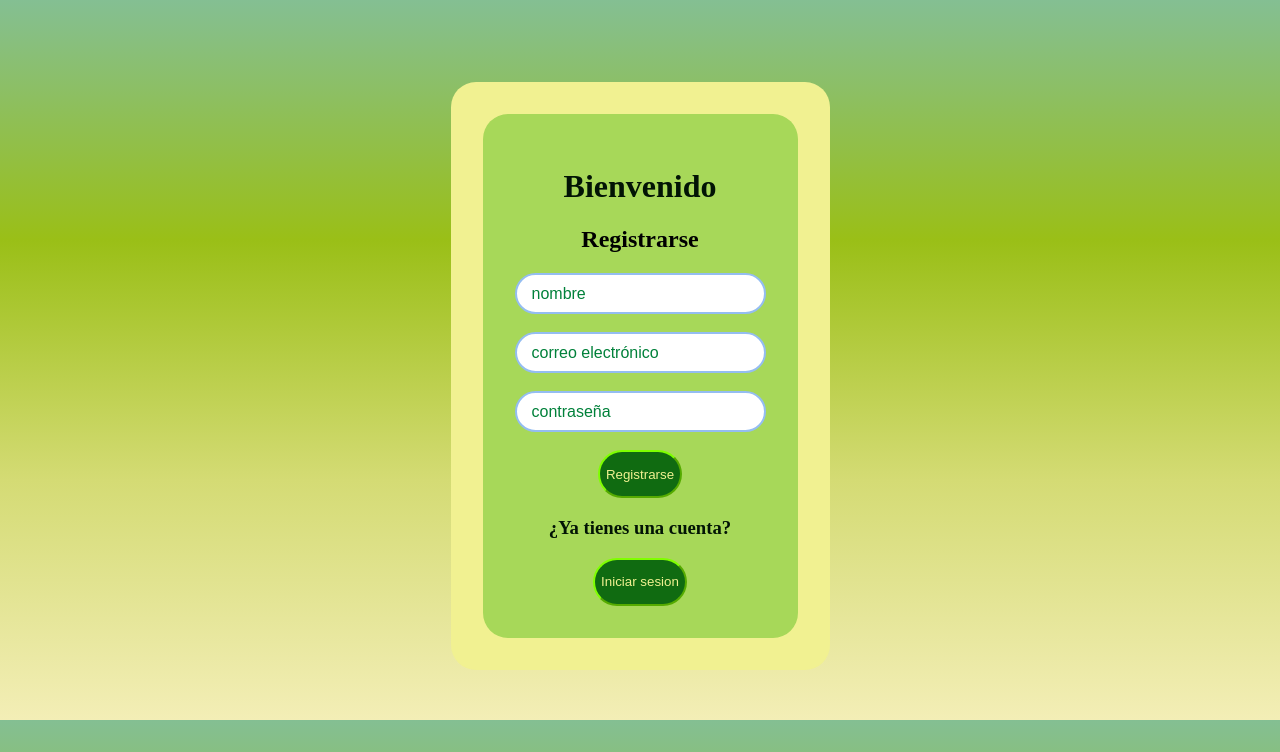
Repository: carrascokarencb37-afk/Nuura
Page: html/registrarse.html
These files come from the project's save history. The page is drawn as it stood at one moment and after the next save; the edit follows.
The browser window is 1280 px wide. The pictures show the whole page.
Some icons come from a web library that is not loaded, so they are not drawn. Backgrounds fixed to the window are drawn as part of the page.

Above is the page before, as saved 2026-05-28 22:55:20.

After the next save:
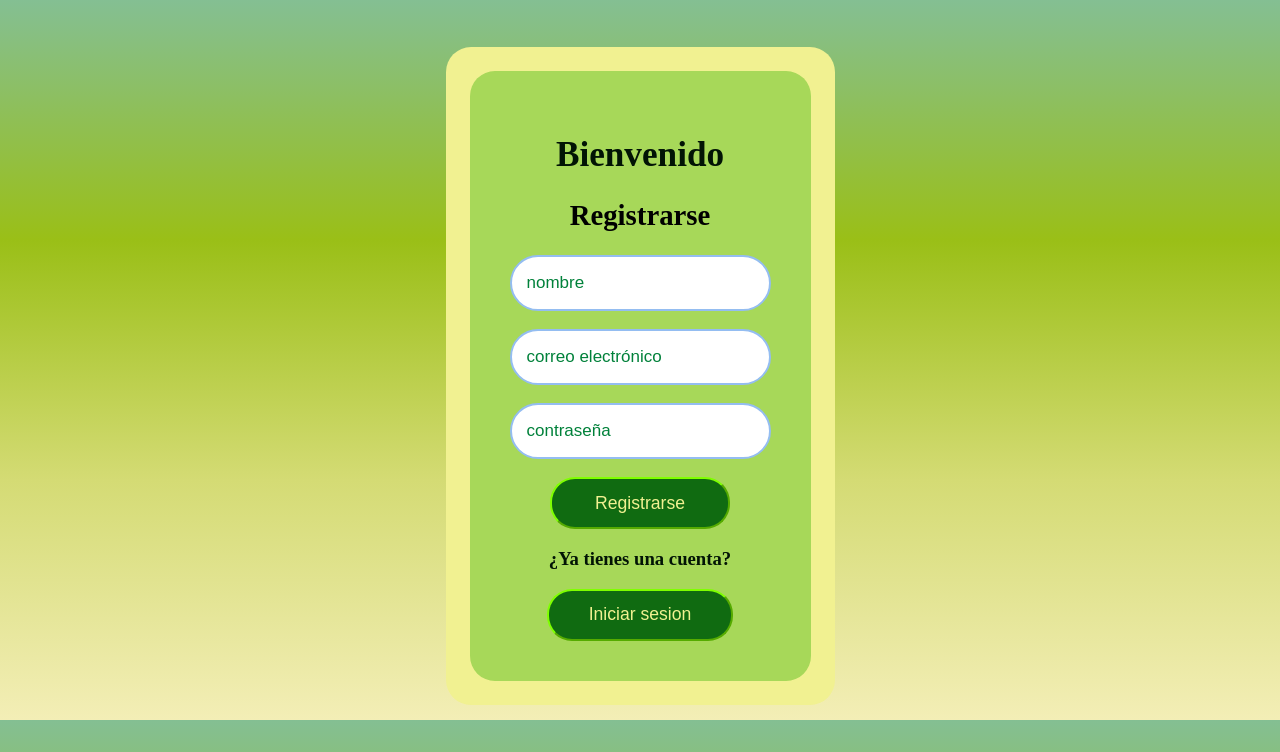
Saved 2 min 55 s later.
--- a/css/style.css
+++ b/css/style.css
@@ -111,6 +111,49 @@ input{
     transition: 1s;
     transform: scale(1.05);
 }
+/* PC y tablets grandes (más de 768px) */
+@media (min-width: 769px) {
+    .borde {
+        max-width: 700px; /* Más ancho en PC */
+        padding: 1.5rem;
+    }
+
+    .cont {
+        max-width: 600px; /* Más ancho en PC */
+        padding: 2.5rem;
+    }
+
+    .cont input {
+        max-width: 380px; /* Inputs más anchos en PC */
+        height: 3rem;
+    }
+
+    input {
+        max-width: 380px;
+        min-height: 50px;
+        font-size: 17px;
+    }
+
+    .contra {
+        max-width: 380px;
+    }
+
+    .chapito {
+        min-height: 52px;
+        padding: 0 2.5rem;
+        font-size: 1.1rem;
+        width: auto;
+        min-width: 180px;
+    }
+
+    .cont h1 {
+        font-size: 2.2rem;
+    }
+
+    .cont h2 {
+        font-size: 1.8rem;
+    }
+}
 
 /* Móviles medianos (480px - 768px) */
 @media (min-width: 481px) and (max-width: 768px) {
